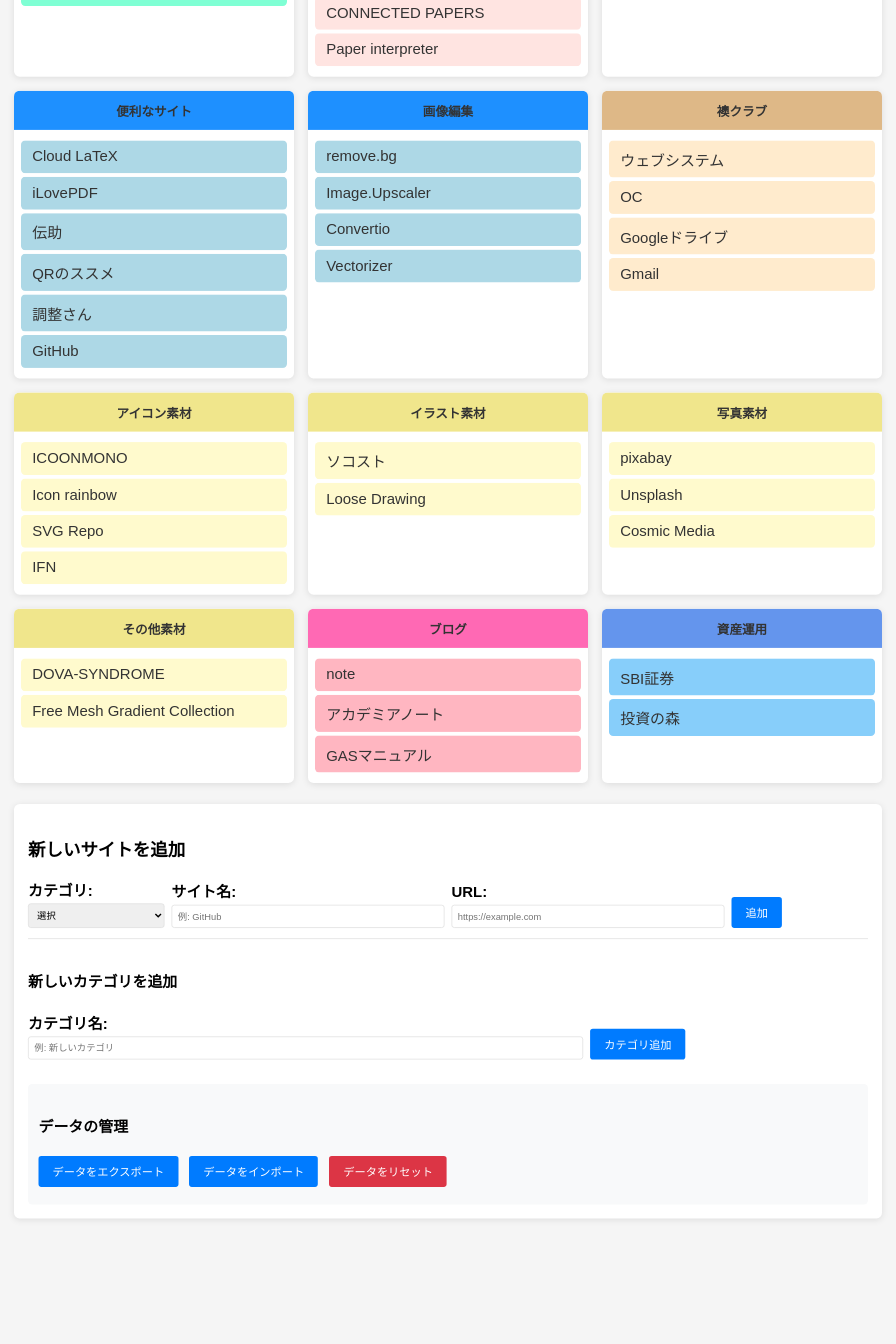
Repository: wata10/homepage
Page: index.html
These files come from the project's save history. The page is drawn as it stood at one moment and after the next save; the edit follows.
The browser window is 1280 px wide. The pictures show the part of the page from y = 2012 to 3932 px (the page is 3932 px tall before and 3340 px after), at 70% of full size.
Some web fonts or font styles are not loaded; a fallback is used.

Above is the page before, as saved 2025-10-30 15:33:28.

### index.html
<!DOCTYPE html>
<html>
<head>
    <meta charset="UTF-8">
    <meta name="viewport" content="width=device-width">
    <title>よく使うリンク集</title>
    <link rel="preconnect" href="https://fonts.googleapis.com">
    <link rel="preconnect" href="https://fonts.gstatic.com" crossorigin>
    <link href="https://fonts.googleapis.com/css2?family=Zen+Kurenaido&family=Zen+Maru+Gothic&display=swap" rel="stylesheet">
    <style>
        body {
            font-family: "Zen Kurenaido", sans-serif;
            font-size: 16pt;
            margin: 20px;
            background-color: #f5f5f5;
        }

        .container {
            display: grid;
            grid-template-columns: repeat(auto-fit, minmax(300px, 1fr));
            gap: 20px;
            margin-bottom: 30px;
        }

        .category-section {
            background-color: white;
            border-radius: 8px;
            box-shadow: 0 2px 10px rgba(0,0,0,0.1);
            overflow: hidden;
            min-height: 200px;
        }

        .category-header {
            padding: 15px;
            font-weight: bold;
            color: #333;
            font-size: 18px;
            text-align: center;
        }

        .category-content {
            padding: 10px;
        }

        .link-item {
            display: block;
            padding: 10px 15px;
            margin: 5px 0;
            text-decoration: none;
            color: #333;
            border-radius: 6px;
            transition: all 0.2s;
            border: 1px solid transparent;
        }

        .link-item:hover {
            text-decoration: underline;
            transform: translateY(-2px);
            box-shadow: 0 4px 8px rgba(0,0,0,0.1);
        }

        /* カテゴリ別の色設定 */
        .category-チコちゃん .category-header {
            background-color: goldenrod;
        }
        .category-チコちゃん .link-item {
            background-color: gold;
        }

        .category-CAST .category-header {
            background-color: forestgreen;
        }
        .category-CAST .link-item {
            background-color: lightgreen;
        }

        .category-東京大学 .category-header {
            background-color: deepskyblue;
        }
        .category-東京大学 .link-item {
            background-color: lightskyblue;
        }

        .category-便利なサイト .category-header, .category-画像編集 .category-header {
            background-color: dodgerblue;
        }
        .category-便利なサイト .link-item, .category-画像編集 .link-item {
            background-color: lightblue;
        }

        .category-AI .category-header, .category-論文系AI .category-header {
            background-color: lightcoral;
        }
        .category-AI .link-item, .category-論文系AI .link-item {
            background-color: mistyrose;
        }

        .category-ECCS .category-header {
            background-color: lightsalmon;
        }
        .category-ECCS .link-item {
            background-color: peachpuff;
        }

        .category-天馬行空 .category-header {
            background-color: aqua;
        }
        .category-天馬行空 .link-item {
            background-color: paleturquoise;
        }

        .category-ブログ .category-header {
            background-color: hotpink;
        }
        .category-ブログ .link-item {
            background-color: lightpink;
        }

        .category-アイコン素材 .category-header, .category-イラスト素材 .category-header,
        .category-写真素材 .category-header, .category-その他素材 .category-header {
            background-color: khaki;
        }
        .category-アイコン素材 .link-item, .category-イラスト素材 .link-item,
        .category-写真素材 .link-item, .category-その他素材 .link-item {
            background-color: lemonchiffon;
        }

        .category-家庭教師 .category-header {
            background-color: lightseagreen;
        }
        .category-家庭教師 .link-item {
            background-color: aquamarine;
        }

        .category-襖クラブ .category-header {
            background-color: burlywood;
        }
        .category-襖クラブ .link-item {
            background-color: blanchedalmond;
        }

        .category-みかん愛好会 .category-header {
            background-color: darkorange;
        }
        .category-みかん愛好会 .link-item {
            background-color: khaki;
        }

        .category-資産運用 .category-header {
            background-color: cornflowerblue;
        }
        .category-資産運用 .link-item {
            background-color: lightskyblue;
        }

        #add-form {
            background-color: white;
            padding: 20px;
            margin-top: 20px;
            border-radius: 8px;
            box-shadow: 0 2px 10px rgba(0,0,0,0.1);
        }

        .form-group {
            margin-bottom: 15px;
        }

        label {
            display: block;
            margin-bottom: 5px;
            font-weight: bold;
        }

        input, select {
            width: 100%;
            padding: 8px;
            border: 1px solid #ddd;
            border-radius: 4px;
            box-sizing: border-box;
        }

        button {
            background-color: #007bff;
            color: white;
            padding: 10px 20px;
            border: none;
            border-radius: 4px;
            cursor: pointer;
            font-size: 16px;
        }

        button:hover {
            background-color: #0056b3;
        }

        .form-row {
            display: grid;
            grid-template-columns: 1fr 2fr 2fr 1fr;
            gap: 10px;
            align-items: end;
        }

        .form-row .form-group {
            margin-bottom: 0;
        }

        .new-category-form {
            margin-top: 15px;
            padding-top: 15px;
            border-top: 1px solid #ddd;
        }

        .new-category-row {
            display: grid;
            grid-template-columns: 2fr 1fr;
            gap: 10px;
            align-items: end;
        }

        .export-import {
            margin-top: 20px;
            padding: 15px;
            background-color: #f8f9fa;
            border-radius: 6px;
        }

        .export-import button {
            margin-right: 10px;
            margin-bottom: 10px;
        }

        #import-file {
            margin-top: 10px;
        }

        @media (max-width: 768px) {
            .form-row {
                grid-template-columns: 1fr;
            }
            .new-category-row {
                grid-template-columns: 1fr;
            }
            .container {
                grid-template-columns: 1fr;
            }
        }
    </style>
</head>
<body>
    <h1>よく使うリンク集</h1>

    <div class="container" id="linksContainer">
        <!-- カテゴリセクションはJavaScriptで動的に生成される -->
    </div>

    <!-- 新しいサイトを追加するフォーム -->
    <div id="add-form">
        <h3>新しいサイトを追加</h3>
        <div class="form-row">
            <div class="form-group">
                <label for="category-select">カテゴリ:</label>
                <select id="category-select">
                    <option value="">選択</option>
                </select>
            </div>
            <div class="form-group">
                <label for="site-name">サイト名:</label>
                <input type="text" id="site-name" placeholder="例: GitHub">
            </div>
            <div class="form-group">
                <label for="site-url">URL:</label>
                <input type="url" id="site-url" placeholder="https://example.com">
            </div>
            <div class="form-group">
                <button onclick="addSite()">追加</button>
            </div>
        </div>

        <!-- 新しいカテゴリを追加するフォーム -->
        <div class="new-category-form">
            <h4>新しいカテゴリを追加</h4>
            <div class="new-category-row">
                <div class="form-group">
                    <label for="new-category-name">カテゴリ名:</label>
                    <input type="text" id="new-category-name" placeholder="例: 新しいカテゴリ">
                </div>
                <div class="form-group">
                    <button onclick="addCategory()">カテゴリ追加</button>
                </div>
            </div>
        </div>

        <!-- データのエクスポート・インポート -->
        <div class="export-import">
            <h4>データの管理</h4>
            <button onclick="exportData()">データをエクスポート</button>
            <button onclick="document.getElementById('import-file').click()">データをインポート</button>
            <button onclick="resetData()" style="background-color: #dc3545;">データをリセット</button>
            <input type="file" id="import-file" accept=".json" style="display: none;" onchange="importData(event)">
        </div>
    </div>
    <div class="container" id="linksContainer">
            </div>

        <div id="add-form" style="display: none;">
              <h3>新しいサイトを追加</h3>
          </div>

      <div class="container" id="linksContainer">
                </div>

            <div id="add-form" style="display: none;">
                  <h3>新しいサイトを追加</h3>
              </div>

        <script>
            // カテゴリの表示順序を定義 (これは残します)
            const categoryOrder = [
                "東京大学", "CAST", "みかん愛好会", "AI", "ECCS", "チコちゃん",
                "家庭教師", "論文系AI", "天馬行空", "便利なサイト", "画像編集",
                "襖クラブ", "アイコン素材", "イラスト素材", "写真素材", "その他素材", "ブログ", "資産運用"
            ];

            // サイトデータを読み込み、ページを生成する
            async function loadAndDisplayData() {
                let siteData = {};
                try {
                    // データを外部JSONファイル (links.json) から読み込む
                    // HTMLと同じ階層にある 'links.json' を指定します
                    const response = await fetch('links.json');
                    if (!response.ok) {
                        throw new Error(`HTTP error! status: ${response.status}`);
                    }
                    siteData = await response.json();
                } catch (e) {
                    console.error('JSONファイルの読み込みエラー:', e);
                    alert('リンクデータの読み込みに失敗しました。');
                    return; // データ読み込み失敗
                }

                // 読み込んだデータでページを生成
                generateCategorySections(siteData);
            }

            // カテゴリセクションを生成する関数 (引数でデータを受け取るように変更)
            function generateCategorySections(data) {
                const container = document.getElementById('linksContainer');
                container.innerHTML = '';

                // 定義された順序でカテゴリを表示
                categoryOrder.forEach(category => {
                    if (data[category]) {
                        createCategorySection(category, data[category], container);
                    }
                });

                // 定義されていない新しいカテゴリを最後に追加
                Object.keys(data).forEach(category => {
                    if (!categoryOrder.includes(category)) {
                        createCategorySection(category, data[category], container);
                    }
                });
            }

            // カテゴリセクションを作成する関数 (引数でデータを受け取るように変更)
            function createCategorySection(category, sites, container) {
                const section = document.createElement('div');
                section.className = `category-section category-${category}`;

                const header = document.createElement('div');
                header.className = 'category-header';
                header.textContent = category;

                const content = document.createElement('div');
                content.className = 'category-content';

                // 引数で受け取った 'sites' (JSONデータ) をもとにリンクを生成
                sites.forEach(site => {
                    const link = document.createElement('a');
                    link.href = site.url;
                    link.textContent = site.name;
                    link.className = 'link-item';
                    link.target = '_blank';
                    content.appendChild(link);
                });

                section.appendChild(header);
                section.appendChild(content);
                container.appendChild(section);
            }

            // ページ読み込み時の初期化
            window.onload = function() {
                // データを読み込んで表示する関数を実行
                loadAndDisplayData();
            };

            // defaultSiteData, getSiteData, saveSiteData, addSite,
            // addCategory, exportData, importData, resetData,
            // initializeCategorySelect はすべて不要になりました。
        </script>
    </body>
    </html>

### links.json
{
  "ECCS": [
    {
      "name": "Googleドライブ",
      "url": "https://drive.google.com/drive/u/1/home"
    },
    {
      "name": "Gmail",
      "url": "https://mail.google.com/mail/u/1/#inbox"
    }
  ],
  "CAST": [
    {
      "name": "CTAS",
      "url": "https://ctas.utcast-mate.com/"
    },
    {
      "name": "CAST wiki",
      "url": "https://wiki.utcast-mate.com/index.php?title=%E3%83%A1%E3%82%A4%E3%83%B3%E3%83%9A%E3%83%BC%E3%82%B8"
    },
    {
      "name": "依頼検討ページ",
      "url": "https://ctas.utcast-mate.com/pending_event"
    },
    {
      "name": "実験DB",
      "url": "https://ctas.utcast-mate.com/exp"
    },
    {
      "name": "活動報告",
      "url": "https://ctas.utcast-mate.com/report"
    },
    {
      "name": "OneDrive",
      "url": "https://utcast-my.sharepoint.com/"
    },
    {
      "name": "Gmail",
      "url": "https://mail.google.com/mail/u/2/#inbox"
    },
    {
      "name": "Googleドライブ",
      "url": "https://drive.google.com/drive/u/2/home"
    }
  ],
  "みかん愛好会": [
    {
      "name": "Googleドライブ",
      "url": "https://drive.google.com/drive/u/5/folders/1IH1NSMtMA9mA_v0IXEsbcRIwE43wTtWb"
    },
    {
      "name": "Gmail",
      "url": "https://mail.google.com/mail/u/5/#inbox"
    },
    {
      "name": "会計簿",
      "url": "https://docs.google.com/spreadsheets/d/1JULDJxsjuKiuFMAKCFLbMBYcnnk-1vQk9kcTeL9cyk0/edit?usp=sharing"
    },
    {
      "name": "PayPay管理",
      "url": "https://docs.google.com/spreadsheets/d/1yzE2ZC2TT1NqnTFCqcttKtv5XIr-xntBz3bNToUezsE/edit?usp=sharing"
    },
    {
      "name": "会計フォルダ",
      "url": "https://drive.google.com/drive/folders/1P3GX_E7aRgzIEabUhH9cHXgvMQM6joQV?usp=drive_link"
    },
    {
      "name": "会計報告書提出先フォルダ",
      "url": "https://drive.google.com/drive/folders/1705Gwz_2vv2Rw4l82ckj2n77R3-Ap12e?usp=sharing"
    },
    {
      "name": "確認中の会計報告書",
      "url": "https://drive.google.com/drive/folders/1LEu5UYjTl5ysOXvFUYjB0oqfOkMsCjbd?usp=drive_link"
    },
    {
      "name": "個人返金表",
      "url": "https://docs.google.com/spreadsheets/d/1ambZy8_k7eenTetapx1Ytj_HJWolwSFCvepNpb-9bBE/edit?usp=sharing"
    },
    {
      "name": "合宿フォルダ",
      "url": "https://drive.google.com/drive/folders/10oKBCWgt3iXFGfgY0-w9V6cStxCqglDi?usp=drive_link"
    }
  ],
  "東京大学": [
    {
      "name": "UTOL",
      "url": "https://utol.ecc.u-tokyo.ac.jp/login"
    },
    {
      "name": "UTAS",
      "url": "https://utas.adm.u-tokyo.ac.jp/campusweb/campusportal.do?page=main"
    },
    {
      "name": "化学生命工学科",
      "url": "https://www.chembio.t.u-tokyo.ac.jp/"
    },
    {
      "name": "化生系ポータルサイト",
      "url": "http://www.chem.t.u-tokyo.ac.jp/"
    },
    {
      "name": "OneDrive",
      "url": "https://www.office.com/onedrive/?acctsw=1"
    },
    {
      "name": "野崎研究室",
      "url": "https://park.itc.u-tokyo.ac.jp/nozakilab/"
    },
    {
      "name": "MolView",
      "url": "https://molview.org/"
    },
    {
      "name": "Marvin JS",
      "url": "https://marvinjs-demo.chemaxon.com/latest/demo.html"
    },
    {
      "name": "Reaxys",
      "url": "https://www.reaxys.com/#/search/quick/query"
    },
    {
      "name": "Web of Science",
      "url": "https://www.webofscience.com/wos/woscc/smart-search"
    },
    {
      "name": "JACS",
      "url": "https://pubs.acs.org/toc/jacsat/0/0"
    },
    {
      "name": "Angewandte Chemie International Edition",
      "url": "https://onlinelibrary.wiley.com/journal/15213773"
    },
    {
      "name": "Feedly",
      "url": "https://feedly.com/i/collection/content/user/04ae61f3-46ce-4241-998d-983a6f30bed9/category/a9cbc61c-667b-461c-b202-cd54ec8f7b58"
    },
    {
      "name": "東京化成",
      "url": "https://www.tcichemicals.com/JP/ja/"
    },
    {
      "name": "UTokyo試薬",
      "url": "https://u-tokyo.siyaku.com/"
    }
  ],
  "チコちゃん": [
    {
      "name": "Googleドライブ",
      "url": "https://drive.google.com/drive/u/0/home"
    },
    {
      "name": "Gmail",
      "url": "https://mail.google.com/mail/u/0/#inbox"
    },
    {
      "name": "家計簿",
      "url": "https://docs.google.com/spreadsheets/d/1pK_zmEGz3_kQuMb1zBLGNSAxMEApgCBPYEq4_mg2P-g/edit?usp=sharing"
    },
    {
      "name": "Googleカレンダー",
      "url": "https://calendar.google.com/calendar/u/0/r?pli=1"
    }
  ],
  "天馬行空": [
    {
      "name": "Googleドライブ",
      "url": "https://drive.google.com/drive/u/3/home"
    },
    {
      "name": "Gmail",
      "url": "https://mail.google.com/mail/u/3/#inbox"
    }
  ],
  "襖クラブ": [
    {
      "name": "ウェブシステム",
      "url": "https://ut-orientation.net/25/system/profile"
    },
    {
      "name": "OC",
      "url": "https://ut-orientation.net/visitor/circle/2025%E5%B9%B4%E5%BA%A6%E3%82%B5%E3%83%BC%E3%82%AF%E3%83%AB%E6%96%B0%E6%AD%93%E3%81%B8%E3%81%AE%E5%8F%82%E5%8A%A0%E3%82%92%E5%B8%8C%E6%9C%9B%E3%81%95%E3%82%8C%E3%82%8B%E5%9B%A3%E4%BD%93%E5%90%91%E3%81%91%E3%81%AE%E3%81%94%E6%A1%88%E5%86%85"
    },
    {
      "name": "Googleドライブ",
      "url": "https://drive.google.com/drive/u/4/my-drive"
    },
    {
      "name": "Gmail",
      "url": "https://mail.google.com/mail/u/4/#inbox"
    }
  ],
  "家庭教師": [
    {
      "name": "スマートレーダー",
      "url": "https://app.smartrador.com/teacher/home"
    },
    {
      "name": "中学入試過去問DB",
      "url": "https://www.yotsuyaotsuka.com/chugaku_kakomon/system"
    },
    {
      "name": "大学入試過去問DB",
      "url": "https://www.toshin-kakomon.com/new_kakomon_db/"
    }
  ],
  "ブログ": [
    {
      "name": "note",
      "url": "https://note.com/"
    },
    {
      "name": "アカデミアノート",
      "url": "https://www.academianote.site/"
    },
    {
      "name": "GASマニュアル",
      "url": "https://tonari-it.com/google-apps-script-manual/"
    }
  ],
  "アイコン素材": [
    {
      "name": "ICOONMONO",
      "url": "https://icooon-mono.com/"
    },
    {
      "name": "Icon rainbow",
      "url": "https://icon-rainbow.com/"
    },
    {
      "name": "SVG Repo",
      "url": "https://www.svgrepo.com/"
    },
    {
      "name": "IFN",
      "url": "https://illustration-free.net/"
    }
  ],
  "イラスト素材": [
    {
      "name": "ソコスト",
      "url": "https://soco-st.com/"
    },
    {
      "name": "Loose Drawing",
      "url": "https://loosedrawing.com/"
    }
  ],
  "写真素材": [
    {
      "name": "pixabay",
      "url": "https://pixabay.com/ja/"
    },
    {
      "name": "Unsplash",
      "url": "https://unsplash.com/ja"
    },
    {
      "name": "Cosmic Media",
      "url": "https://cosmicmedia.vercel.app/"
    }
  ],
  "その他素材": [
    {
      "name": "DOVA-SYNDROME",
      "url": "https://dova-s.jp/"
    },
    {
      "name": "Free Mesh Gradient Collection",
      "url": "https://products.ls.graphics/mesh-gradients/"
    }
  ],
  "便利なサイト": [
    {
      "name": "Cloud LaTeX",
      "url": "https://cloudlatex.io/projects"
    },
    {
      "name": "iLovePDF",
      "url": "https://www.ilovepdf.com/ja"
    },
    {
      "name": "伝助",
      "url": "https://densuke.biz/event#google_vignette"
    },
    {
      "name": "QRのススメ",
      "url": "https://qr.quel.jp/?mode=pc"
    },
    {
      "name": "調整さん",
      "url": "https://chouseisan.com/"
    },
    {
      "name": "GitHub",
      "url": "https://github.com/wata10/wata10u.github.io"
    }
  ],
  "画像編集": [
    {
      "name": "remove.bg",
      "url": "https://www.remove.bg/ja"
    },
    {
      "name": "Image.Upscaler",
      "url": "https://imgupscaler.com/"
    },
    {
      "name": "Convertio",
      "url": "https://convertio.co/ja/"
    },
    {
      "name": "Vectorizer",
      "url": "https://vectorizer.com/ja/"
    }
  ],
  "AI": [
    {
      "name": "ChatGPT",
      "url": "https://chatgpt.com/"
    },
    {
      "name": "Gemini",
      "url": "https://gemini.google.com/app?hl=ja"
    },
    {
      "name": "NotebookLM",
      "url": "https://notebooklm.google.com/?original_referer=https:%2F%2Fwww.google.com%23&pli=1"
    },
    {
      "name": "Claude",
      "url": "https://claude.ai/new"
    },
    {
      "name": "Perplexity",
      "url": "https://www.perplexity.ai/"
    },
    {
      "name": "Felo",
      "url": "https://felo.ai/ja/search"
    },
    {
      "name": "Napkin AI",
      "url": "https://www.napkin.ai/"
    },
    {
      "name": "生成aiチェッカー",
      "url": "https://ai-tool.userlocal.jp/ai_classifier"
    },
    {
      "name": "ImageFX",
      "url": "https://labs.google/fx/ja/tools/image-fx"
    },
    {
      "name": "Kling AI",
      "url": "https://app.klingai.com/global/"
    },
    {
      "name": "manus",
      "url": "https://manus.im/app"
    },
    {
      "name": "DeepL",
      "url": "https://www.deepl.com/ja/translator"
    }
  ],
  "論文系AI": [
    {
      "name": "SCISPACE",
      "url": "https://typeset.io/ja"
    },
    {
      "name": "Consensus",
      "url": "https://consensus.app/search/"
    },
    {
      "name": "Elicit",
      "url": "https://elicit.com/"
    },
    {
      "name": "CONNECTED PAPERS",
      "url": "https://www.connectedpapers.com/"
    },
    {
      "name": "Paper interpreter",
      "url": "https://chatgpt.com/g/g-hxDOCBQrs-paper-interpreter-japanese"
    }
  ],
  "資産運用": [
    {
      "name": "SBI証券",
      "url": "https://site.sbisec.co.jp/account/nisa"
    },
    {
      "name": "投資の森",
      "url": "https://nikkeiyosoku.com/"
    }
  ]
}

After the next save:
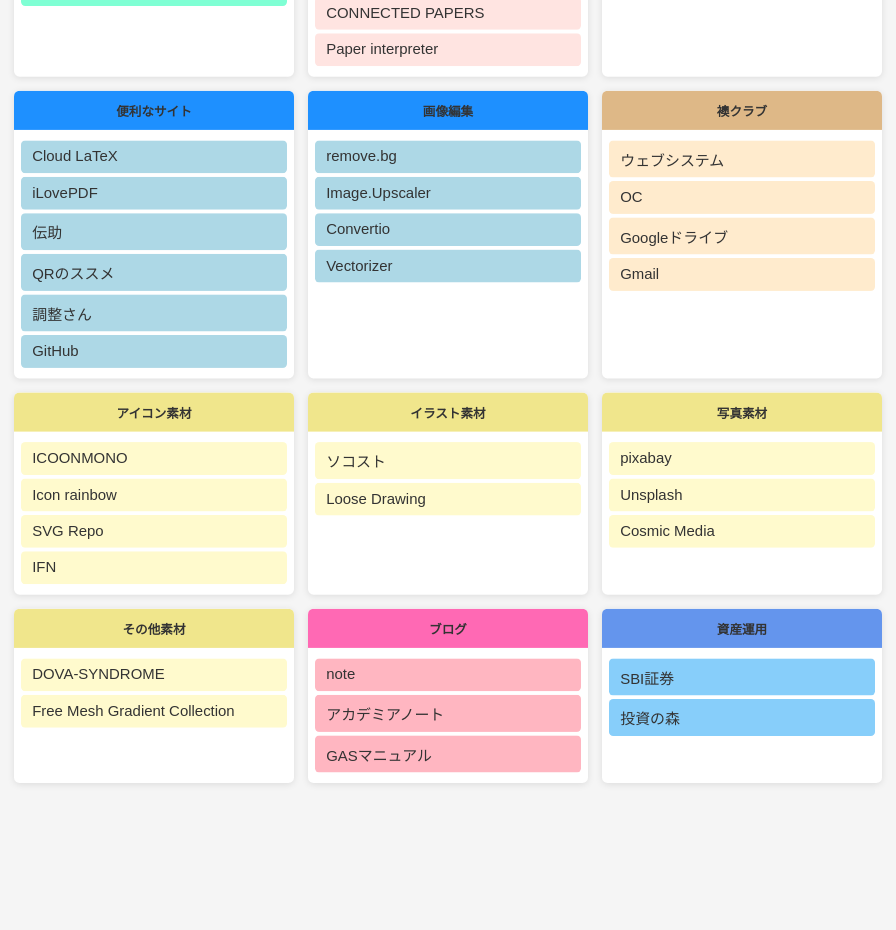
Saved 5 min 41 s later.
--- a/index.html
+++ b/index.html
@@ -253,52 +253,6 @@
         <!-- カテゴリセクションはJavaScriptで動的に生成される -->
     </div>
 
-    <!-- 新しいサイトを追加するフォーム -->
-    <div id="add-form">
-        <h3>新しいサイトを追加</h3>
-        <div class="form-row">
-            <div class="form-group">
-                <label for="category-select">カテゴリ:</label>
-                <select id="category-select">
-                    <option value="">選択</option>
-                </select>
-            </div>
-            <div class="form-group">
-                <label for="site-name">サイト名:</label>
-                <input type="text" id="site-name" placeholder="例: GitHub">
-            </div>
-            <div class="form-group">
-                <label for="site-url">URL:</label>
-                <input type="url" id="site-url" placeholder="https://example.com">
-            </div>
-            <div class="form-group">
-                <button onclick="addSite()">追加</button>
-            </div>
-        </div>
-
-        <!-- 新しいカテゴリを追加するフォーム -->
-        <div class="new-category-form">
-            <h4>新しいカテゴリを追加</h4>
-            <div class="new-category-row">
-                <div class="form-group">
-                    <label for="new-category-name">カテゴリ名:</label>
-                    <input type="text" id="new-category-name" placeholder="例: 新しいカテゴリ">
-                </div>
-                <div class="form-group">
-                    <button onclick="addCategory()">カテゴリ追加</button>
-                </div>
-            </div>
-        </div>
-
-        <!-- データのエクスポート・インポート -->
-        <div class="export-import">
-            <h4>データの管理</h4>
-            <button onclick="exportData()">データをエクスポート</button>
-            <button onclick="document.getElementById('import-file').click()">データをインポート</button>
-            <button onclick="resetData()" style="background-color: #dc3545;">データをリセット</button>
-            <input type="file" id="import-file" accept=".json" style="display: none;" onchange="importData(event)">
-        </div>
-    </div>
     <div class="container" id="linksContainer">
             </div>
 
